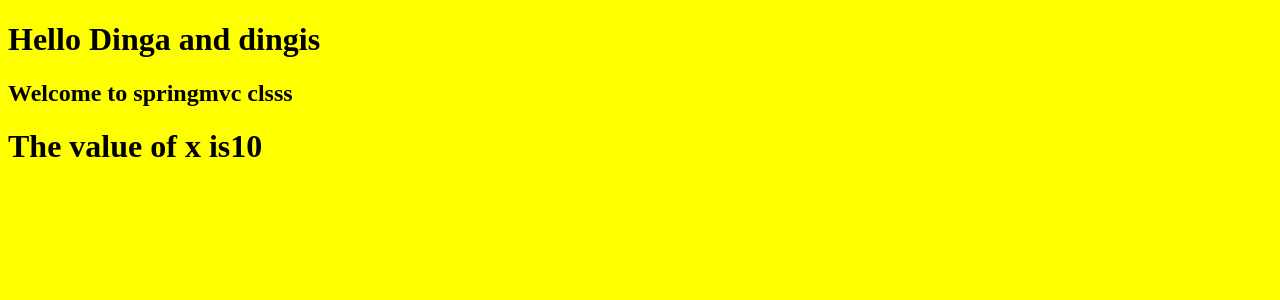
Repository: priyaadya/spring-practice-codes
Page: http://localhost/SpringmvcProject/home
The author's editor kept a copy of each file at every save. The page is drawn from the files as they stood at one save, then again after the next save.
The browser window is 1280 px wide. The pictures show the whole page.
The page is served by Tomcat 9.

Above is the page before, as saved 2023-05-31 07:10:28.

After the next save:
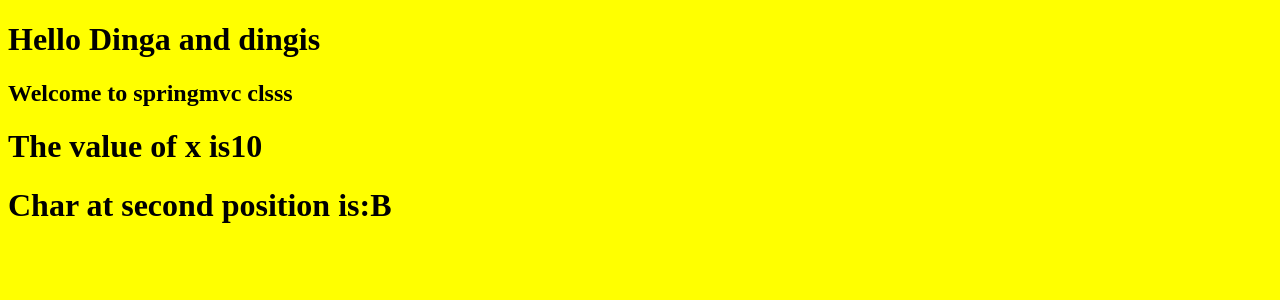
Saved 81 s later.
--- a/SpringmvcProject/src/main/webapp/WEB-INF/views/index.jsp
+++ b/SpringmvcProject/src/main/webapp/WEB-INF/views/index.jsp
@@ -11,8 +11,10 @@
 <h2>Welcome to springmvc clsss</h2>
 <%
 	int x=10;
+String a="ABCD";
 
 %>
 <h1>The value of x is<%=x %></h1>
+<h1>Char at second position is:<%=a.charAt(1) %></h1>
 </body>
 </html>
